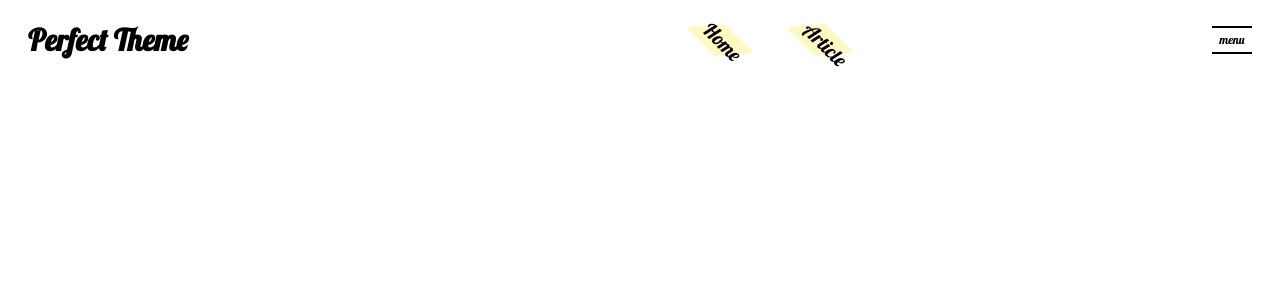
Repository: hsumyatm7308/laravel-blog
Page: blogweb/resources/views/blog/headerlayout.html
The author's editor kept a copy of each file at every save. The page is drawn from the files as they stood at one save, then again after the next save.
The browser window is 1280 px wide. The pictures show the whole page.
Some web libraries are served in a nearby version.

Above is the page before, as saved 2023-09-04 16:13:10.

### blogweb/resources/views/blog/headerlayout.html
<!DOCTYPE html>
<html>

<head>
    <title>@yield('title')</title>
    <script src="https://cdn.tailwindcss.com"></script>

</head>
<style>
    @import url('https://fonts.googleapis.com/css2?family=Lobster&display=swap');

    body {
        font-family: 'Lobster', cursive;
    }

    .container {
        width: 80%;
        height: auto;
        /* background-color: antiquewhite; */

        display: flex;
        justify-content: center;
        align-items: center;

        position: relative;


    }

    .navlabel {
        position: relative;
        /* background-color: aqua; */
    }

    .lictn{
        position: relative;
    }

    .skewtextctn , .skewtextctn2{
        width: 40px;
        height: 30px;

        position: fixed;
        top: 25px;



        transform: rotate(45deg) skew(-40deg);




    }
    .skewtextctn{
        left: 700px;
    }

    .skewtextctn2{
        left: 800px;
    }



    .article {
        position: fixed;
        left: 1px;

        top: 1px;
        transform: skew(40deg);

    }
</style>

<body class="bg-[#ffff]">
    <nav class="w-[100vw] flex justify-center items-center">
        <h1 class="text-3xl font-semibold">Perfect Theme</h1>

        <div class="w-[80%] h-20 flex justify-center items-center container">
            <div class="flex justify-between items-center list-none navlabel">
                <li class="p-5 mr-4 lictn">
                    <div class="bg-yellow-100 skewtextctn">
                        <a href="" class="text-xl text-black article">Home</a>
                    </div>
                </li>

                  <li class="p-5 mr-4 lictn">
                    <div class="bg-yellow-100 skewtextctn2">
                        <a href="" class="text-xl text-black article">Article</a>
                    </div>
                </li>
            </div>


        </div>

        <div class=" transform ">
            <span class="text-xs flex justify-center items-center flex-col">
                <div class="w-10 h-[2px] bg-black"></div>
                <span class="p-1 "> menu</span>
                <div class="w-10 h-[2px] bg-black font-semibold"></div>
            </span>
        </div>
    </nav>

</body>

</html>

After the next save:
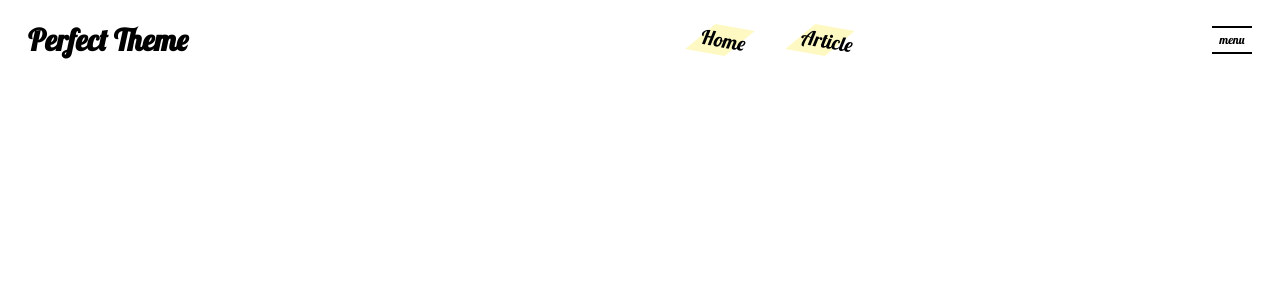
Saved 11 s later.
--- a/blogweb/resources/views/blog/headerlayout.html
+++ b/blogweb/resources/views/blog/headerlayout.html
@@ -45,7 +45,7 @@
 
 
 
-        transform: rotate(45deg) skew(-40deg);
+        transform: rotate(10deg) skew(-40deg);
 
 
 
